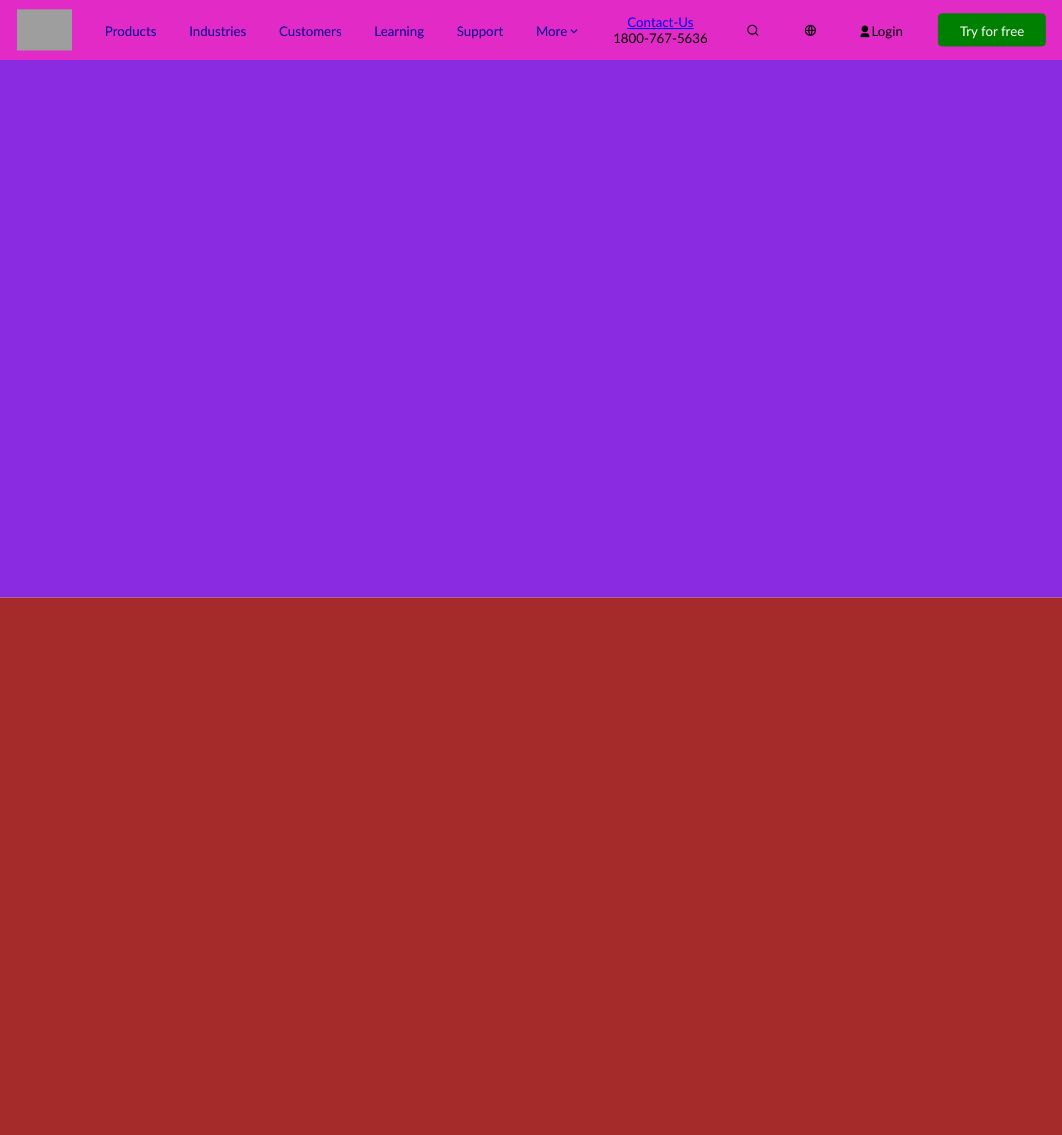
Repository: Chiranshukapil/html_css
Page: salesforce/index.html
An editor plug-in stored every save of this project. The page is shown before and after a run of saves, followed by the edit.
The browser window is 1280 px wide. The pictures show the whole page, at 83% of full size.
Pictures or frames that could not be fetched are drawn as grey boxes.

Above is the page before, as saved 2024-06-10 00:12:43.

### salesforce/index.html
<!DOCTYPE html>
<html lang="en">
    <head>
        <meta charset="UTF-8">
        <meta name="viewport" content="width=device-width, initial-scale=1.0">
        <title>Salesforce</title>
        <link rel="stylesheet" href="style.css">
        <link href="https://cdn.jsdelivr.net/npm/remixicon@4.2.0/fonts/remixicon.css" rel="stylesheet" />
    </head>
    <body>
        <div id="main">
            <div id="header">
                <div id="logo">
                    <img src="https://a.sfdcstatic.com/shared/images/c360-nav/salesforce-with-type-logo.svg" >
                </div>
                <div class="texts"><p>Products</p></div>
                <div class="texts"><p>Industries</p></div>
                <div class="texts"><p>Customers</p></div>
                <div class="texts"><p>Learning</p></div>
                <div class="texts"><p>Support</p></div>
                <div class="texts">
                    <p>More</p>
                    <p><i class="ri-arrow-down-s-line"></i></p>
                </div>
                <div id="contact">
                    <a  href="https://www.google.com/"><u>Contact-Us</u></a>
                    <p>1800-767-5636</p>
                </div>
                <div id="icon1" class="icon"><i class="ri-search-line"></i></div>
                <div class="icon"><i class="ri-global-line"></i></div>
                <div id="login">
                    <p><i class="ri-user-3-fill"></i></p>
                    <p>Login</p>
                </div>
                <div id="try">Try for free</div>
            </div>
            <div id="fakeheader"></div>
            <div id="page1"></div>
            <div id="page2"></div>
        </div>
    </body>
</html>

### salesforce/style.css
*{
    margin: 0%;
    padding: 0%;
    box-sizing: border-box;
    font-family: 'Gill Sans MT';
}

html,body{
    height: 100%;
    width: 100%;

}

#main{
    height: 100%;
    width: 100%;

}

#header{
    height: 10%;
    width: 100%;
    position: fixed;
    display: flex;
    align-items: center;
    justify-content: space-around;
    background-color: rgb(226, 43, 198);
    /* font-size: large; */
}

#logo{
    height: 70%;
}

#logo img{
    width: 100%;
    height: 100%;
}

#contact{
    text-align: center;

}

.icon{
    width: 30px;
    height: 30px;
    display: flex;
    align-items: center;
    justify-content: center;
    /* border: 1px solid;
    border-radius: 50%; */
}

.icon:hover{
    border: 1px solid rgb(226, 255, 255);
    border-radius: 50%;
    background-color: rgb(226, 255, 255);
}

#login{
    height: 30px;
    width: 60px;
    display: flex;
    align-items: center;
    justify-content: center;
}

#login:hover{
    border: 1px solid rgb(226, 255, 255);
    background-color: rgb(226, 255, 255);
    border-radius: 20px;
}

#try{
    width: 130px;
    height: 40px ;
    color: white;
    display: flex;
    align-items: center;
    justify-content: center;
    background-color: green;
    border: 1px solid green;
    border-radius: 5px;
}

.texts{
    color: rgb(0, 0, 147);
    display: flex;
}

.texts:hover{
    color: rgb(113, 113, 243);
}

#fakeheader{
    height: 10%;
    width: 100%;
}

#page1{
    height: 90%;
    width: 100%;
    background-color: blueviolet;
}
#page2{
    height: 90%;
    width: 100%;
    background-color: brown;
}

After the next 2 saves:
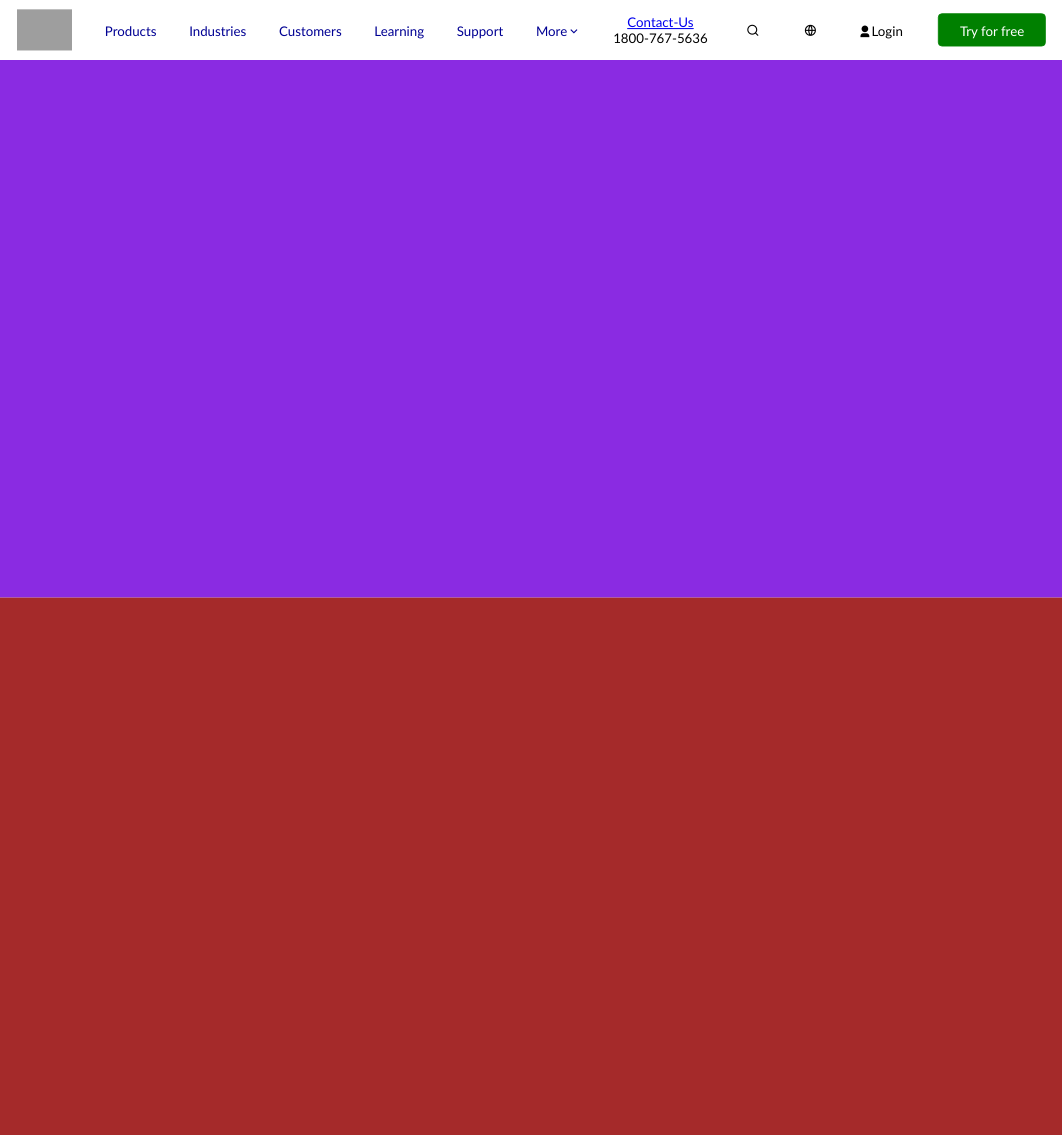
The 2 saves are shown as one change because they came seconds apart.
The last was saved 13 s later.
--- a/salesforce/style.css
+++ b/salesforce/style.css
@@ -24,7 +24,7 @@ html,body{
     display: flex;
     align-items: center;
     justify-content: space-around;
-    background-color: rgb(226, 43, 198);
+    background-color: white;
     /* font-size: large; */
 }
 
